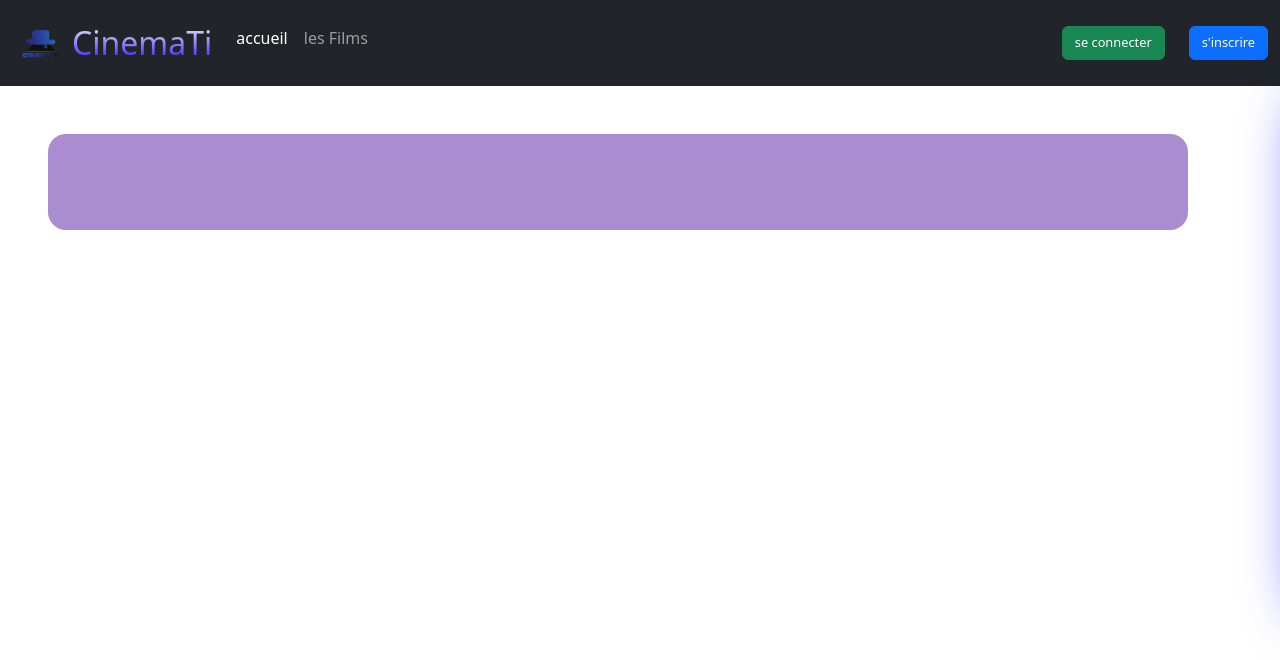
Repository: ahmed-rabah/cinemaMiniProject
Page: http://localhost/finaliserCommande.php
These files come from the project's save history. The page is drawn as it stood at one moment and after the next save; the edit follows.
The browser window is 1280 px wide. The pictures show the whole page.
The page is run by PHP 8.4 with error messages shown; the project is at /var/www/html/.

Above is the page before, as saved 2023-01-12 13:28:36.
Console error: TypeError: Cannot read properties of null (reading 'addEventListener')

After the next save:
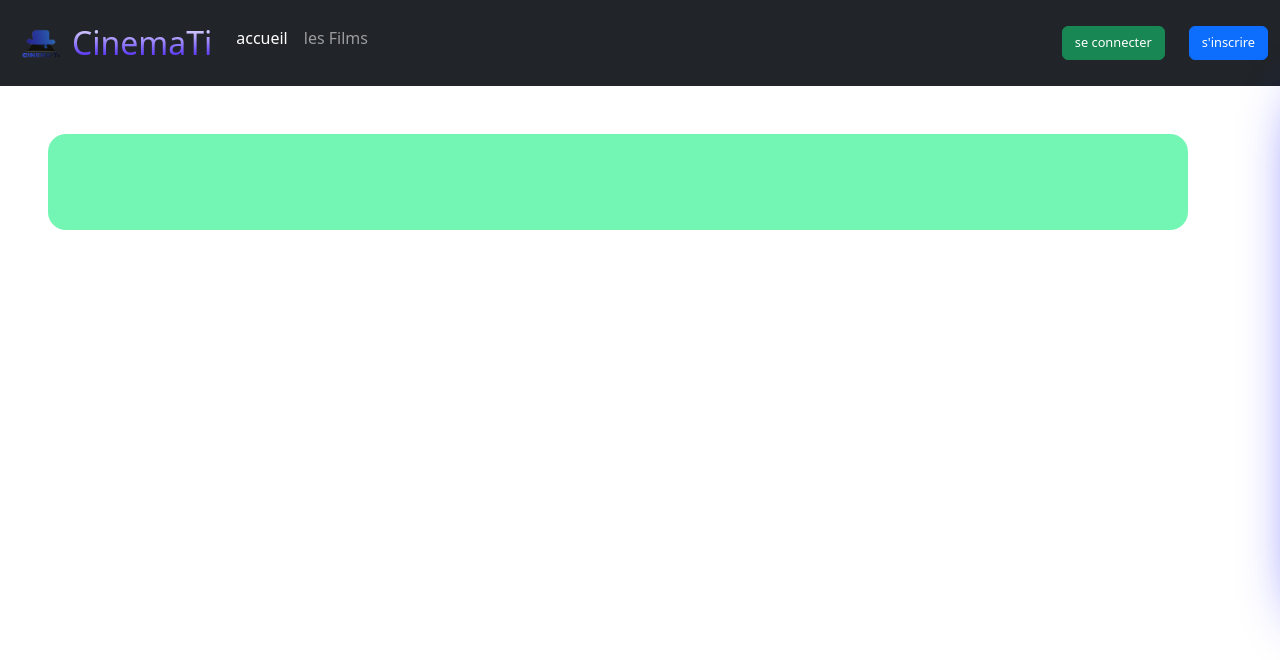
Saved 19 s later.
--- a/finaliserCommande.php
+++ b/finaliserCommande.php
@@ -9,7 +9,7 @@
     <meta http-equiv="X-UA-Compatible" content="IE=edge">
     <meta name="viewport" content="width=device-width, initial-scale=1.0">
     <link rel="stylesheet" href="node_modules/bootstrap/dist/css/bootstrap.min.css">
-    <link rel="stylesheet" href="./css/style2.css">
+    <link rel="stylesheet" href="./css/style.css">
     <link rel="stylesheet" href="https://unicons.iconscout.com/release/v4.0.0/css/line.css">
     <link rel="icon" href="./logoCinema.png">
     <title>CinemaTi</title>
